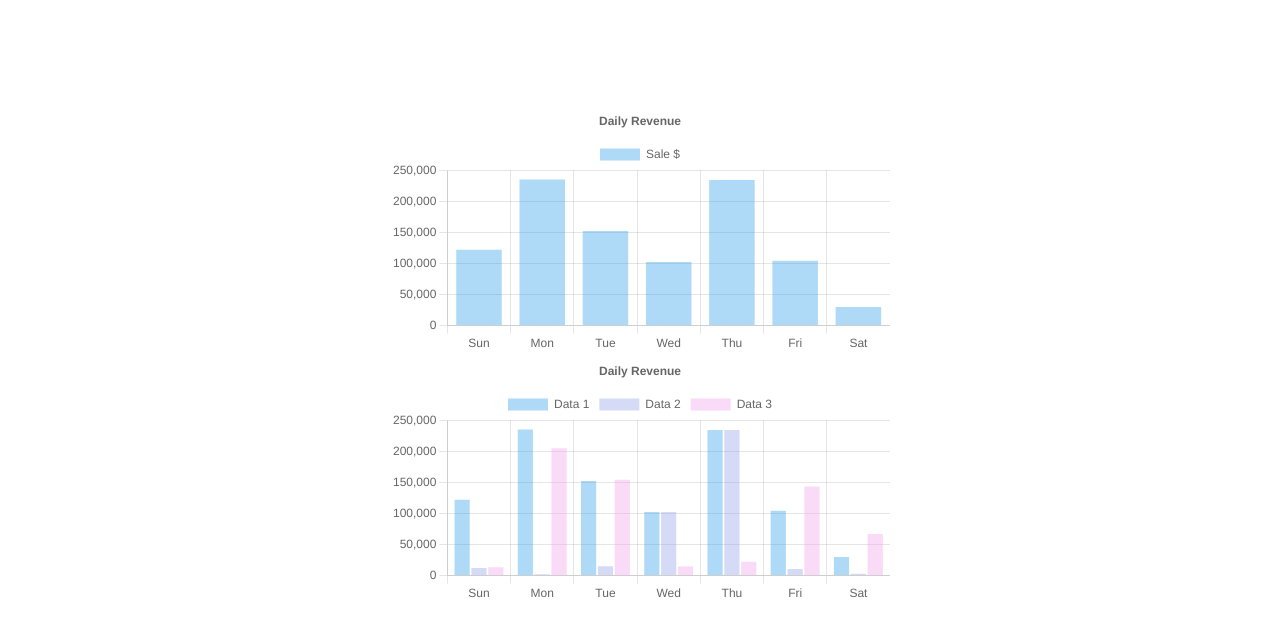
Repository: k8ANStar/exercise-5
Page: /
An editor plug-in stored every save of this project. The page is shown before and after the next save, followed by the edit.
The browser window is 1280 px wide. The pictures show the whole page.
The project was rebuilt for these pictures with package versions that can differ from the ones it lists, and the page was loaded fresh each time. The framework's server and built-in components were replaced by stand-ins that run in the browser. Also part of the build but not shown: next.config.mjs.

Above is the page before, as saved 2024-04-15 10:25:20.

After the next save:
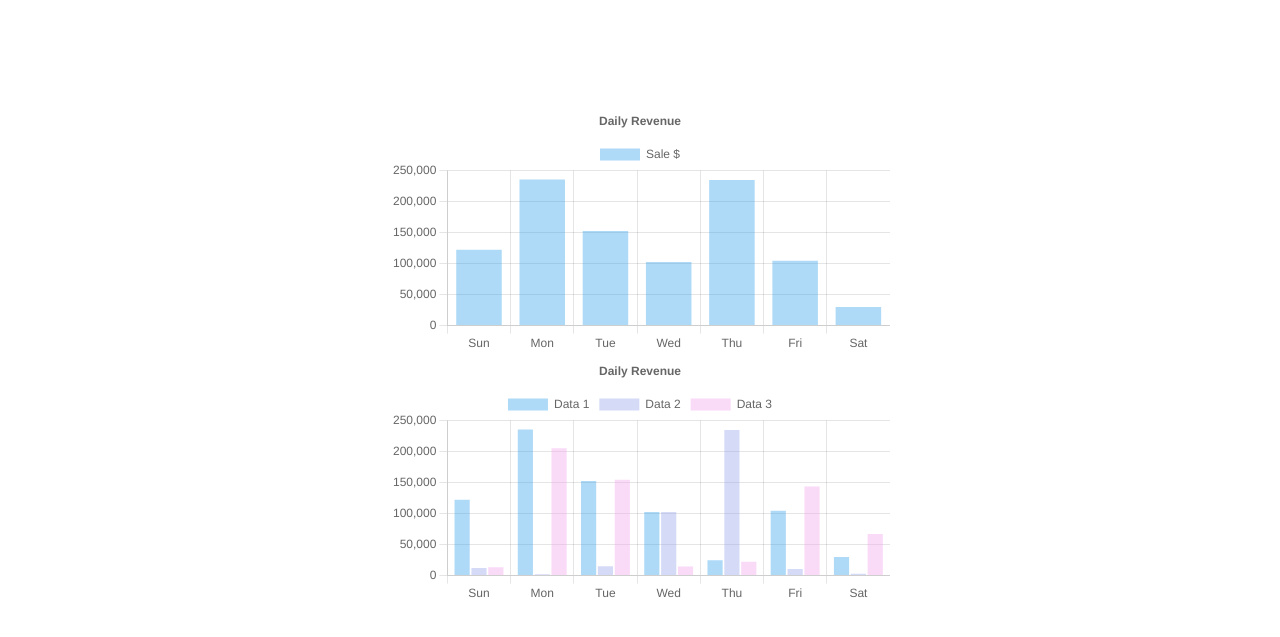
Saved 13 s later.
--- a/components/HorizontalChart/index.js
+++ b/components/HorizontalChart/index.js
@@ -33,7 +33,7 @@ export default function HorizontalChart() {
 			datasets: [
 				{
 					label: "Data 1",
-					data: [122340, 235256, 152455, 102430, 234561, 104326, 30000],
+					data: [122340, 235256, 152455, 102430, 24561, 104326, 30000],
 					borderColor: "rgb(53, 162, 235)",
 					backgroundColor: "rgb(53, 162, 235, 0.4)",
 				},
